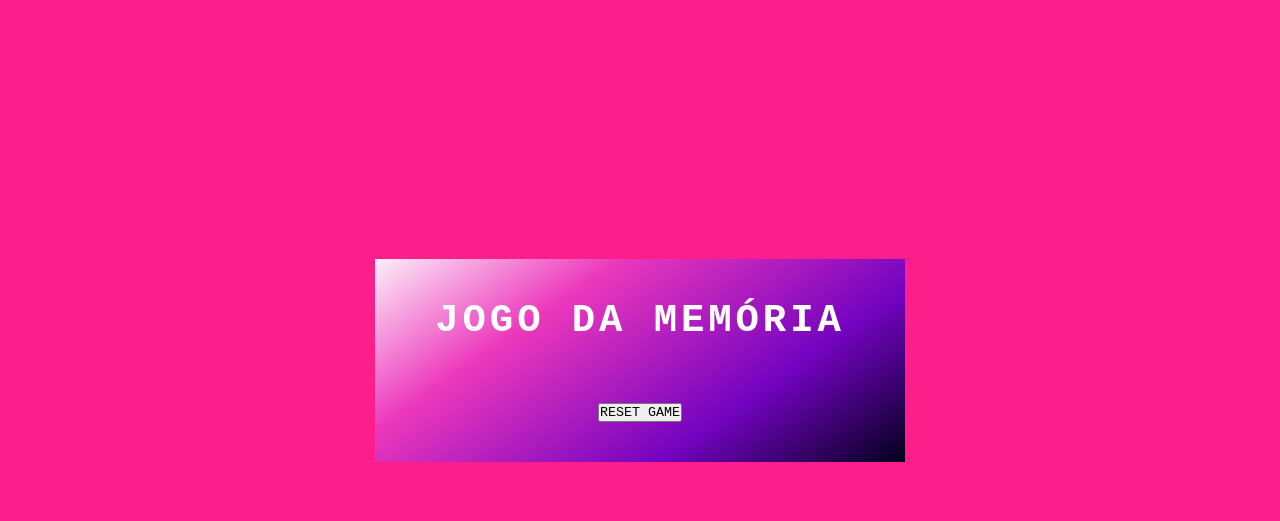
Repository: gustavotwist/memory-game
Page: index.html
These files come from the project's save history. The page is drawn as it stood at one moment and after a run of saves; the edit follows.
The browser window is 1280 px wide. The pictures show the whole page.

Above is the page before, as saved 2024-10-15 19:21:45.

### index.html
<!DOCTYPE html>
<html lang="pt-br">
<head>
    <meta charset="UTF-8">
    <meta name="viewport" content="width=device-width, initial-scale=1.0">
    <title>Jogo Da Memória</title>
    <link rel="stylesheet" href="./src/styles/reset.css">
    <link rel="stylesheet" href="./src/styles/main.css">
</head>
<body>
    <div class="container">
        <h2>JOGO DA MEMÓRIA</h2>
        <div class="game"></div>
        <button class="reset"
        onclick="window.location.reload()"
        >RESET GAME</button>
    </div>


    <script src="./src/scripts/engine.js" defer></script>
</body>
</html>

### src/styles/main.css
body {
    display: flex;
    justify-content: center;
    align-items: center;
    min-height: 100vh;
    background: #fc1e8a;
}

.container {
    position: relative;
    display: flex;
    flex-direction: column;
    justify-content: center;
    align-items: center;
    gap: 30px;
    background: linear-gradient(325deg, #03001e 0%, #7303c0 30%, #ec38bc 70%, #fdeff9 100%);
    padding: 40px 60px;
}

h2 {
    font-size: 3em;
    color: #fff;
    text-transform: uppercase;
    letter-spacing: 0.1em;
}

.reset {
    padding: ;
}

Loaded but not shown: src/styles/reset.css (common file); src/scripts/engine.js (no copy from this time; the picture is the same without it)

After the next 2 saves:
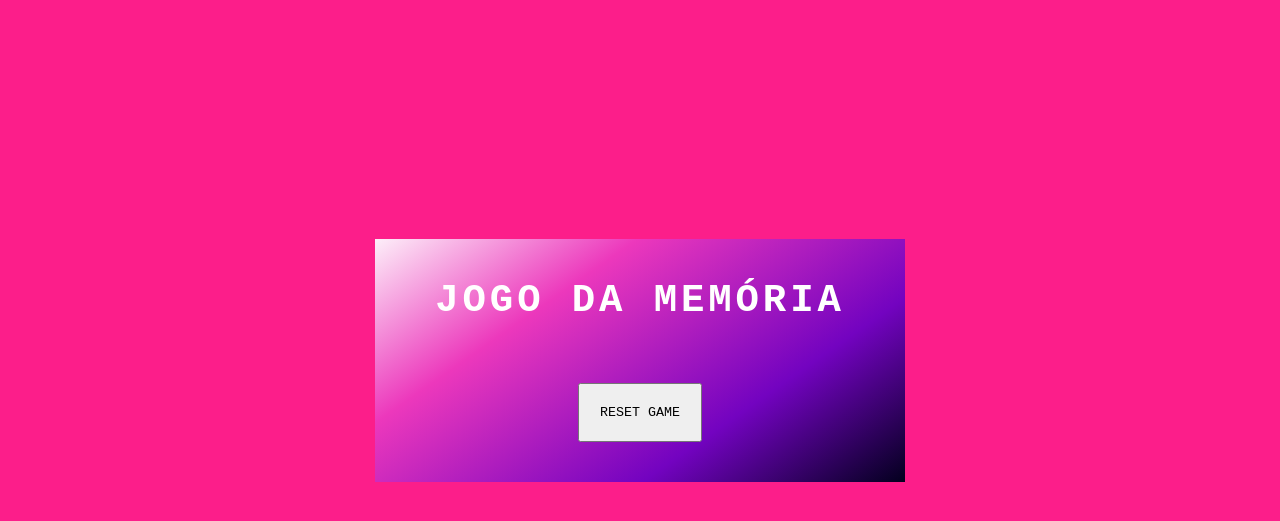
The 2 saves are shown as one change because they came seconds apart.
The last was saved 7 s later.
--- a/src/styles/main.css
+++ b/src/styles/main.css
@@ -25,5 +25,5 @@ h2 {
 }
 
 .reset {
-    padding: ;
+    padding: 20px;
 }
